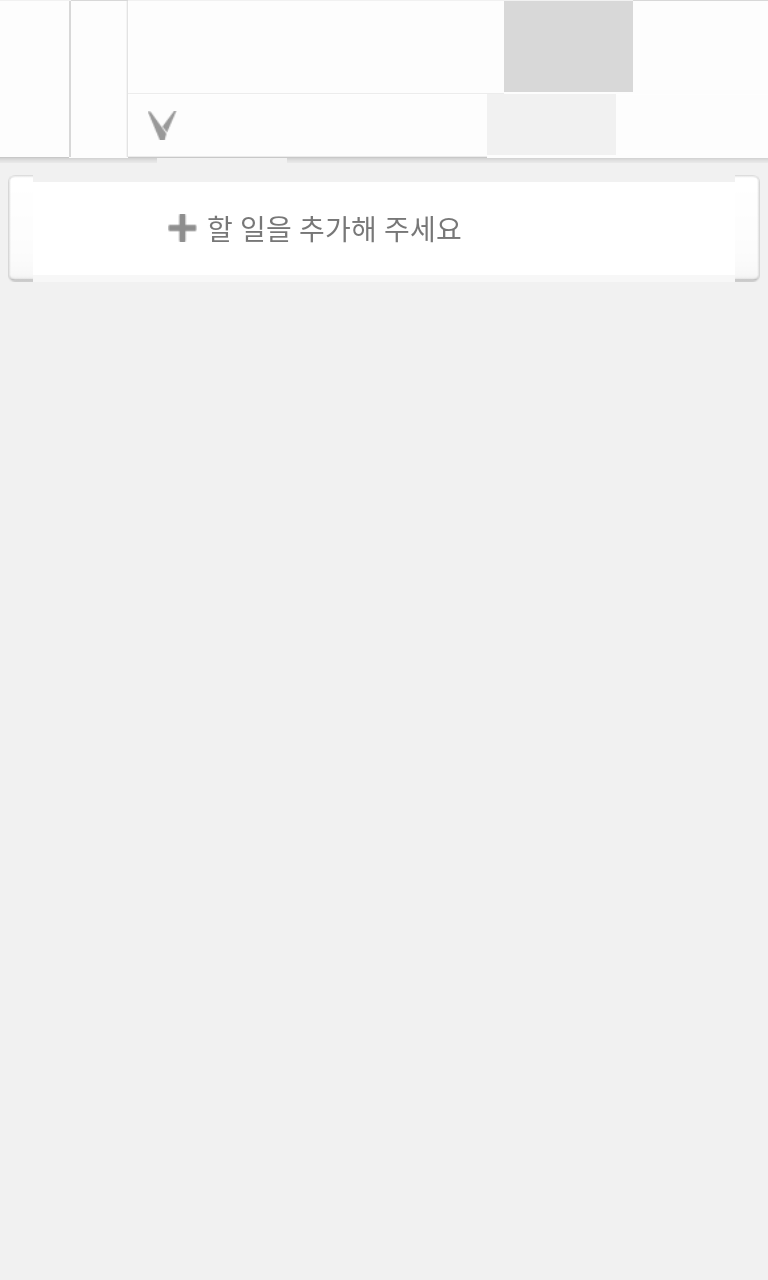
Repository: belhyun/witherest-android
Layout: Witherest/res/layout/fragment_mycheck.xml
The author's editor kept a copy of each file at every save. The layout is drawn from the files as they stood at one save, then again after the next save.
It is drawn on a 768 x 1280 px phone screen (xhdpi) without system bars, with theme android:Theme.Holo; the app's code is not run. Lists and similar views that code fills are empty.

Above is the layout before, as saved 2013-07-06 10:47:23.

After the next save:
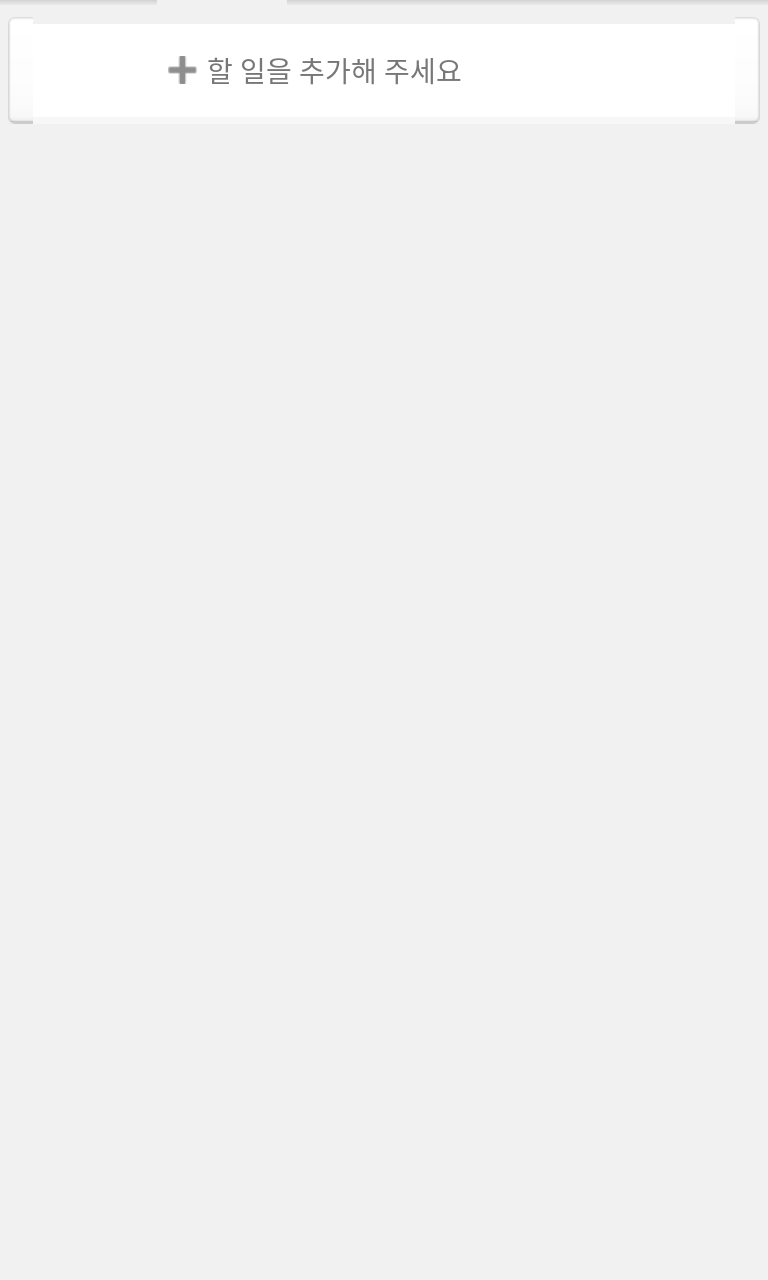
Saved 119 s later.
--- a/Witherest/res/layout/fragment_mycheck.xml
+++ b/Witherest/res/layout/fragment_mycheck.xml
@@ -67,6 +67,7 @@
             android:layout_height="wrap_content"
             android:layout_alignLeft="@id/mycheck_intro_container"
             android:layout_below="@id/mycheck_intro_container"
+            android:layout_alignBottom="@id/mycheck_profile_container"
             android:orientation="horizontal" >
 
             <LinearLayout
